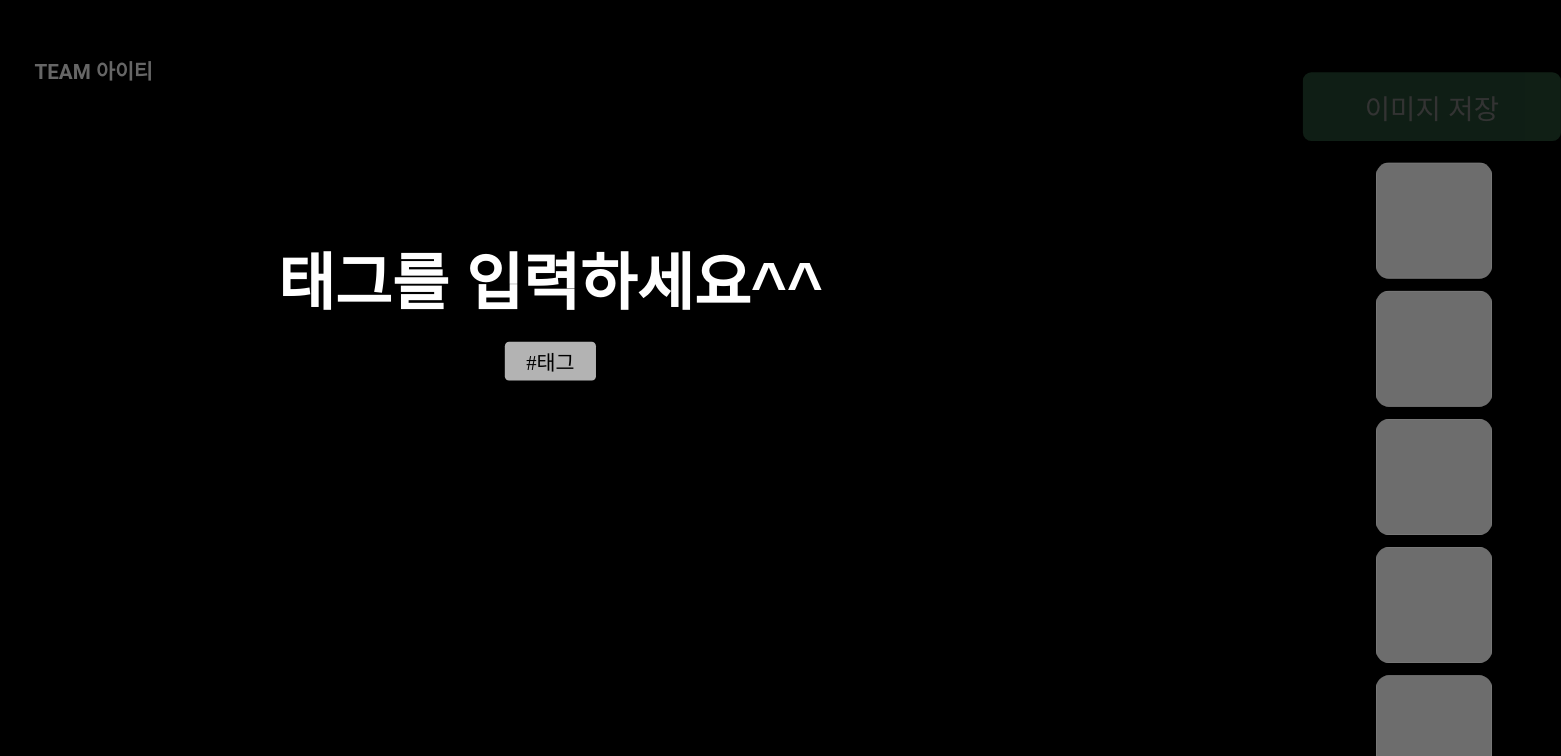
Repository: YoonJoowon/ImageTagPrinter
Page: public/index.html
The author's editor kept a copy of each file at every save. The page is drawn from the files as they stood at one save, then again after the next save.
The browser window is 1280 px wide. The page is 1815 px wide, then 1780 px, so the pictures cover 1815 px, including what lies to the right of the window. The pictures show the whole page, at 86% of full size.
The first visible `.btn` is being pressed.
An inner scrolling area shows only its first screen.

Above is the page before, as saved 2023-05-23 14:28:44.

After the next save:
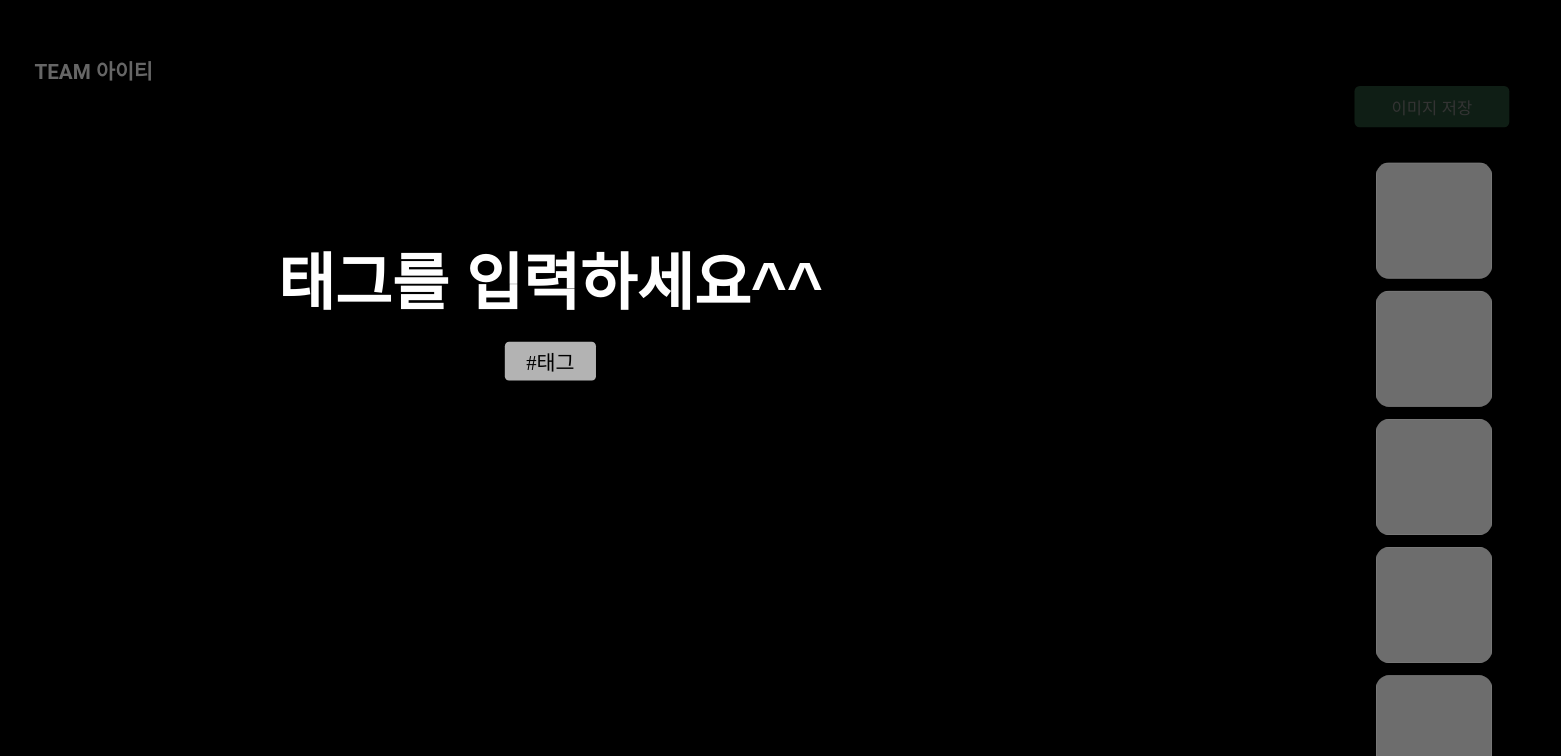
Saved 5 s later.
--- a/src/index.css
+++ b/src/index.css
@@ -77,7 +77,7 @@ header .author .user {
   }
 
   .btn:active {
-    transform: scale(2);
+    transform: scale(1.2);
     opacity: 0.2;
   }
   .btn:hover {
